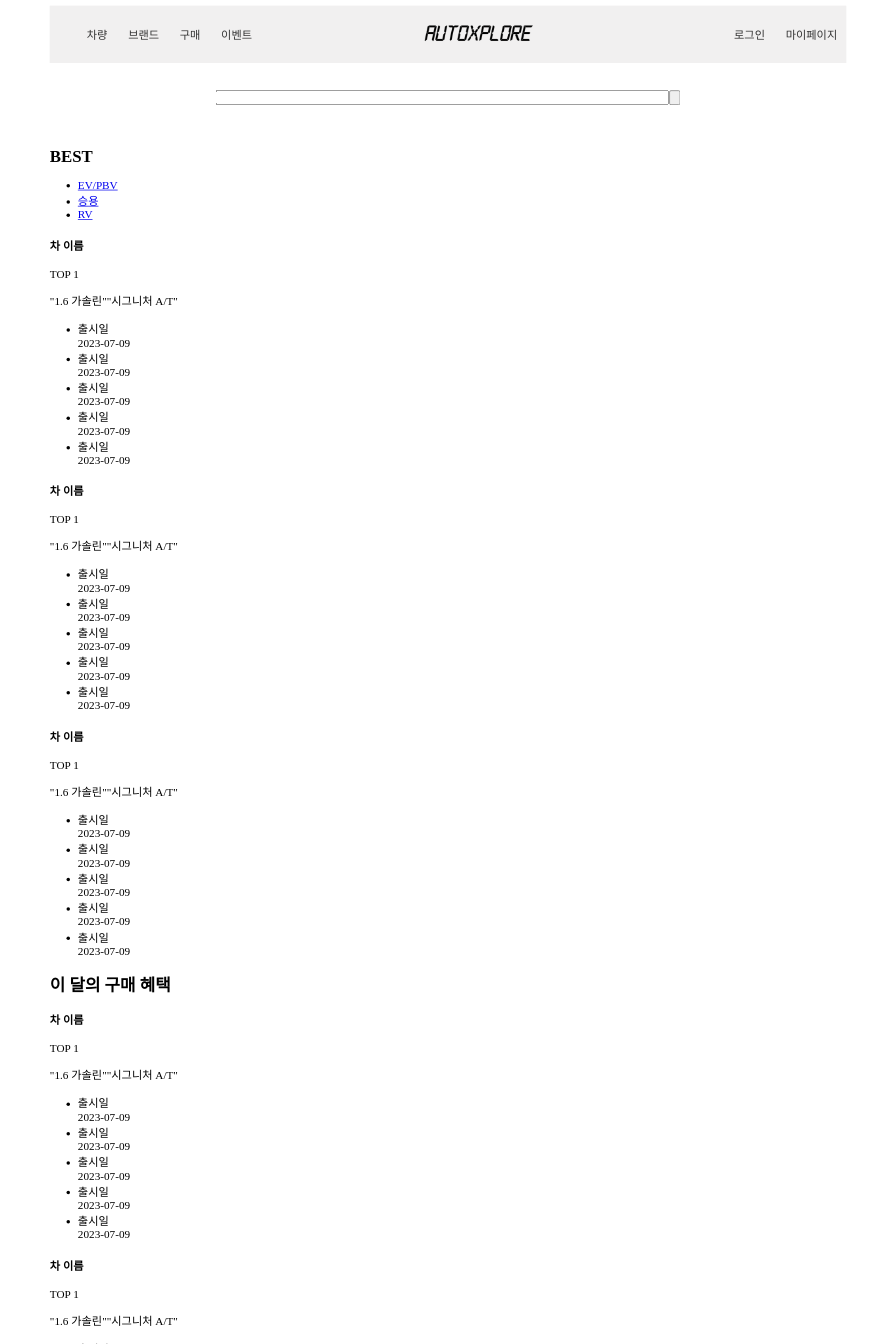
Repository: Autoxplore/Autoxplore
Page: main/main.html
These files come from the project's save history. The page is drawn as it stood at one moment and after the next save; the edit follows.
The browser window is 1280 px wide. The pictures show the part of the page from y = 0 to 1920 px (the page is 3351 px tall), at 70% of full size.

Above is the page before, as saved 2023-08-03 08:51:51.

After the next save:
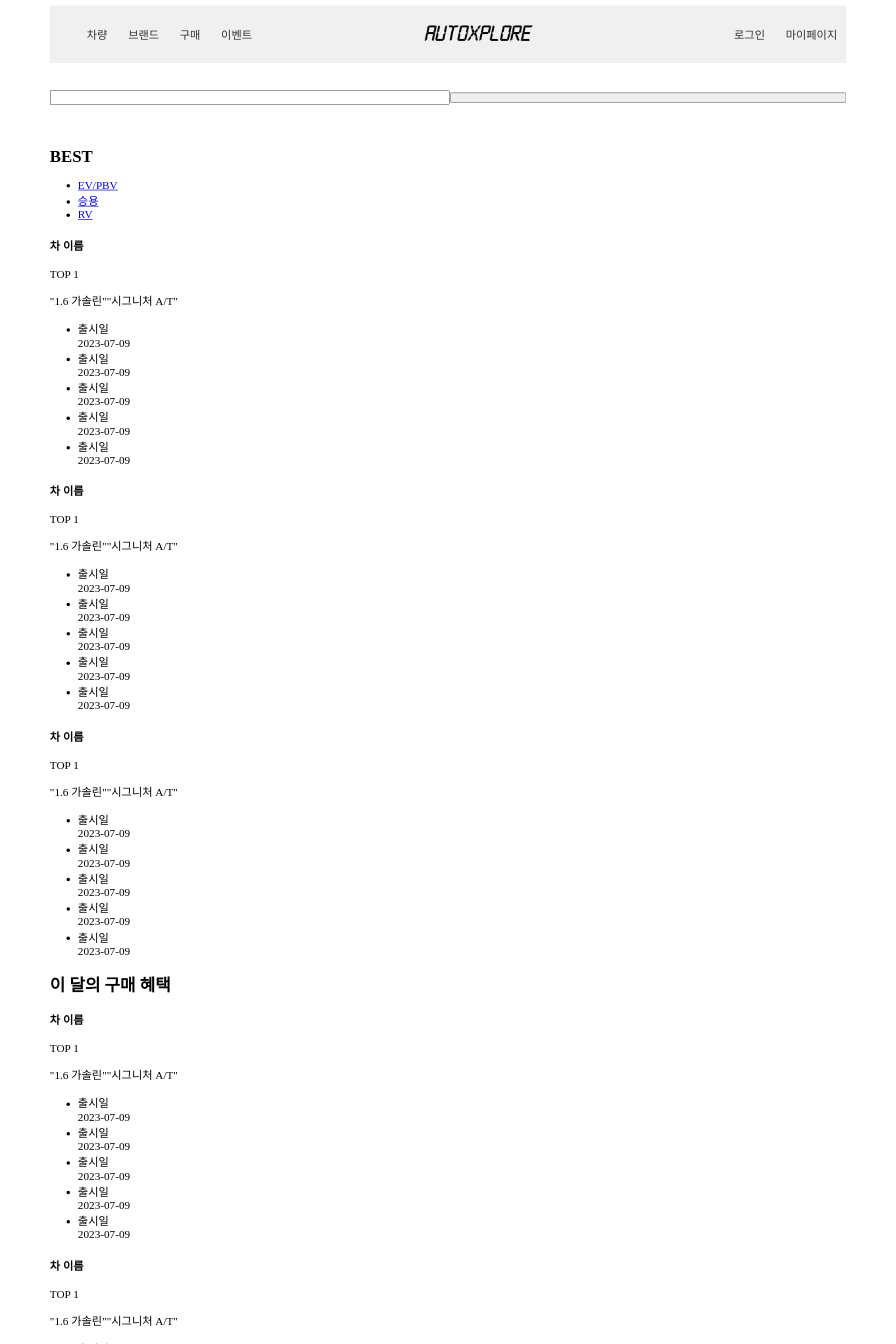
Saved 20 s later.
--- a/main/style/main.css
+++ b/main/style/main.css
@@ -61,4 +61,9 @@
         height: 2vh;
     }
 
+    .search input[type="button"]{
+        width: 50vw;
+        height: 2vh;
+    }
+
 }
